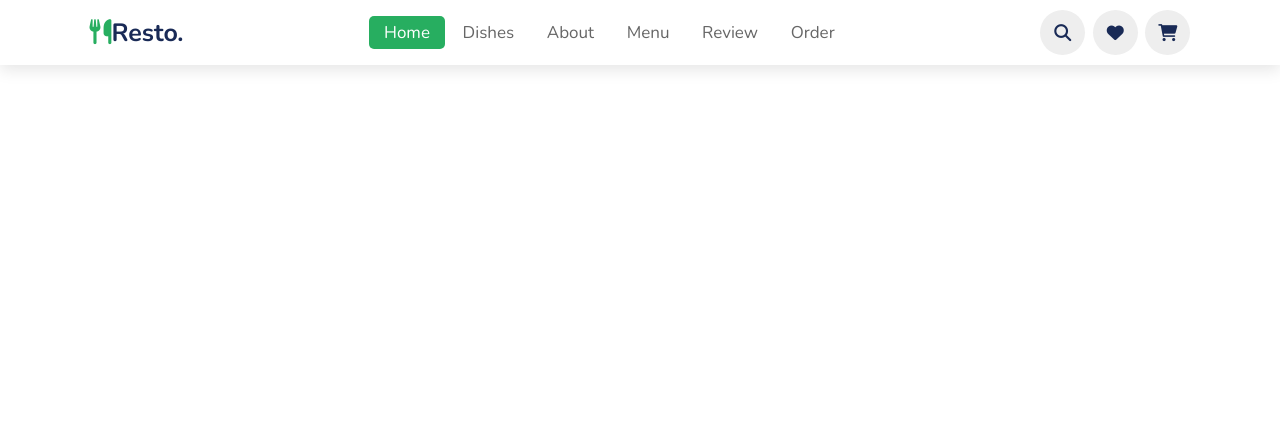
Repository: CarsonDev1/FoodWeb
Page: index.html
An editor plug-in stored every save of this project. The page is shown before and after the next save, followed by the edit.
The browser window is 1280 px wide. The pictures show the whole page.
Empty fields were first filled with sample values (such as "Sample", 5 or name@example.com).
After loading, the first visible `#search-icon` was clicked once.
Some web libraries are served in a nearby version.

Above is the page before, as saved 2022-05-18 19:11:28.

After the next save:
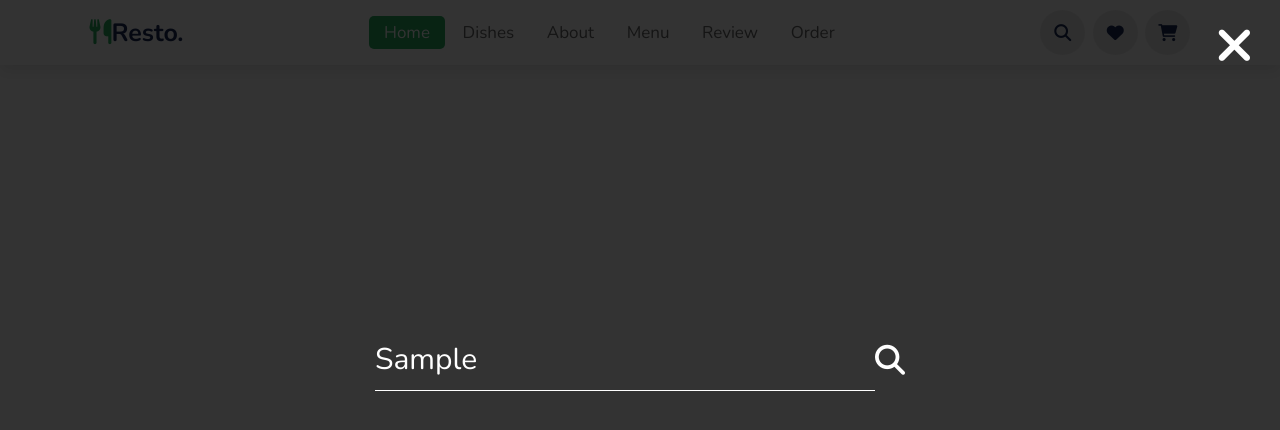
Saved 88 s later.
--- a/css/style.css
+++ b/css/style.css
@@ -88,6 +88,9 @@ header .icons #menu-bars {
   justify-content: center;
   padding: 0 1rem;
 }
+#search-form.active {
+  top: 0;
+}
 #search-form #search-box {
   width: 50rem;
   border-bottom: 1px solid #fff;
